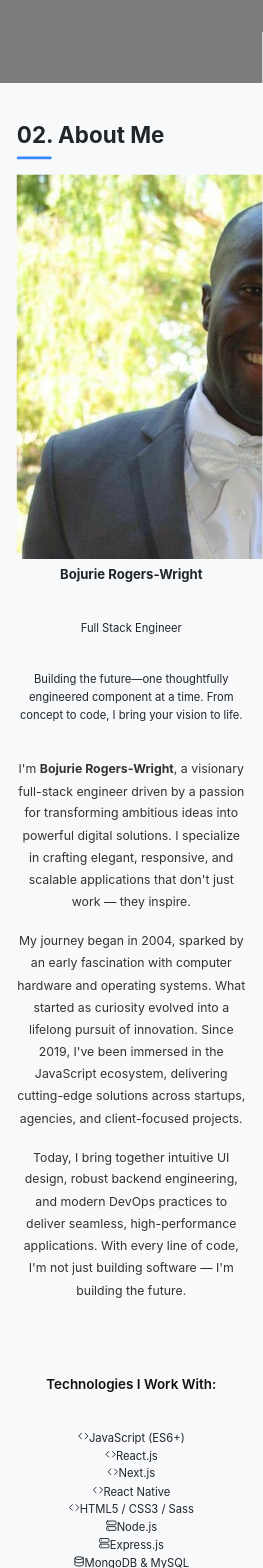
Repository: Bojurie/Portfolio_2022
Page: /
An editor plug-in stored every save of this project. The page is shown before and after the next save, followed by the edit.
The browser window is 375 px wide. The pictures show the part of the page from y = 681 to 2921 px (the page is 6934 px tall before and 6787 px after), at 70% of full size.
Pictures or frames that could not be fetched are drawn as grey boxes. The project was rebuilt for these pictures with package versions that can differ from the ones it lists, and the page was loaded fresh each time. Also part of the build but not shown: src/component/pages/Resume.css, src/component/pages/Resume.js. Imported but missing from the stored project, and not drawn on this page: src/component/Resume.pdf, src/component/images/video.mp4, src/component/videos/Screen Recording 2022-04-01 at 8.22.57 PM.mov, src/component/videos/Screen Recording 2022-04-01 at 8.23.25 PM.mov, src/component/videos/Screen Recording 2022-04-01 at 8.25.20 PM.mov, src/component/videos/Screen Recording 2022-04-01 at 8.27.28 PM.mov, src/component/videos/Screen Recording 2022-04-01 at 8.28.35 PM.mov, src/component/videos/Screen Recording 2022-04-01 at 8.30.37 PM.mov and 3 more.

Above is the page before, as saved 2025-04-22 00:31:23.

### public/index.html
<!DOCTYPE html>
<html lang="en">
  <head>
    <meta charset="utf-8" />
    <link rel="icon" href="%PUBLIC_URL%/favicon.ico" />
    <meta name="viewport" content="width=device-width, initial-scale=1" />
    <meta name="theme-color" content="#000000" />
    <meta
      name="description"
      content="Web site created using create-react-app"
    />
    <link rel="apple-touch-icon" href="%PUBLIC_URL%/logo192.png" />


    <link rel="manifest" href="%PUBLIC_URL%/manifest.json" />
    <!--
      Notice the use of %PUBLIC_URL% in the tags above.
      It will be replaced with the URL of the `public` folder during the build.
      Only files inside the `public` folder can be referenced from the HTML.

      Unlike "/favicon.ico" or "favicon.ico", "%PUBLIC_URL%/favicon.ico" will
      work correctly both with client-side routing and a non-root public URL.
      Learn how to configure a non-root public URL by running `npm run build`.
    -->
    <title>Bojurie Rogers-Wright | | Tech</title>
     <link rel="shortcut icon" href="%PUBLIC_URL%/favicon.ico">
    <link rel="apple-touch-icon" sizes="180x180" href="/apple-touch-icon.png">
    <link rel="icon" type="image/png" sizes="32x32" href="/favicon-32x32.png">
    <link rel="icon" type="image/png" sizes="16x16" href="/favicon-16x16.png">
    <link rel="manifest" href="/site.webmanifest">


    <link rel="preconnect" href="https://fonts.googleapis.com">
    <link rel="preconnect" href="https://fonts.gstatic.com" crossorigin>
    <link href="https://fonts.googleapis.com/css2?family=Montserrat:ital,wght@0,100;0,200;0,300;0,400;0,500;0,600;0,700;0,800;0,900;1,100;1,200;1,300;1,400;1,500;1,600;1,700;1,800;1,900&family=Roboto:ital,wght@0,300;0,400;0,500;0,700;1,300&display=swap" rel="stylesheet">
  </head>
  <body>
    <noscript>You need to enable JavaScript to run this app.</noscript>
    <div id="root"></div>

   <script>

   </script>
  </body>
</html>

### src/index.js
import React from 'react';
import ReactDOM from 'react-dom';
import App from './App'

ReactDOM.render(
  <React.StrictMode>
      <App />
  </React.StrictMode>,
  document.getElementById("root"))

### src/App.js
import React from "react";
import { BrowserRouter as Router, Routes, Route } from "react-router-dom";
import { AnimatePresence, motion } from "framer-motion";
import { FiGithub, FiLinkedin, FiTwitter, FiMail } from "react-icons/fi";

import Home from "./component/pages/Home";
import About from "./component/pages/About";
import Project from "./component/pages/Project";
import Contact from "./component/pages/Contact";
import Resume from "./component/pages/Resume";
import Header from "./component/Header";
import Footer from "./component/pages/Footer";
import "./App.css";

const pageTransition = {
  initial: { opacity: 0, y: 20 },
  animate: { opacity: 1, y: 0 },
  exit: { opacity: 0, y: -20 },
  transition: { duration: 0.5, ease: "easeInOut" },
};

const App = () => {
  return (
    <Router>
      <div className="app">
        <Header />
        <AnimatePresence mode="wait">
          <Routes location={location} key={location.pathname}>
            <Route
              path="/"
              element={
                <motion.div {...pageTransition}>
                  <Home />
                </motion.div>
              }
            />
            <Route
              path="/about"
              element={
                <motion.div {...pageTransition}>
                  <About />
                </motion.div>
              }
            />
            <Route
              path="/project"
              element={
                <motion.div {...pageTransition}>
                  <Project />
                </motion.div>
              }
            />
            <Route
              path="/contact"
              element={
                <motion.div {...pageTransition}>
                  <Contact />
                </motion.div>
              }
            />
            <Route
              path="/resume"
              element={
                <motion.div {...pageTransition}>
                  <Resume />
                </motion.div>
              }
            />
          </Routes>
        </AnimatePresence>
        <Footer />
      </div>
    </Router>
  );
};

export default App;

### src/component/pages/Home.js
import React from "react";
import { motion } from "framer-motion";
import Hero from "../Hero";
import About from "./About";
import Project from "./Project";
import Contact from "./Contact";
import "./Home.css";

const containerVariants = {
  hidden: { opacity: 0 },
  visible: {
    opacity: 1,
    transition: {
      staggerChildren: 0.2,
      when: "beforeChildren",
    },
  },
};

const Home = () => {
  return (
    <motion.main
      className="home"
      variants={containerVariants}
      initial="hidden"
      animate="visible"
    >
      <Hero />
      <About />
      <Project />
      <Contact />
    </motion.main>
  );
};

export default Home;

### src/component/pages/Contact.js
import React, { useState, useRef } from "react";
import emailjs from "@emailjs/browser";
import Button from "../Button";
import "./Contact.css";

const Contact = () => {
  const form = useRef();
  const [submitted, setSubmitted] = useState(false);

  const sendEmail = (e) => {
    e.preventDefault();

    emailjs
      .sendForm(
        "service_sgy2c6a",
        "template_hlu2f0r",
        form.current,
        "user_ekwueKu8ixfoPD5a4qf2n"
      )
      .then(
        (result) => {
          console.log(result.text);
          setSubmitted(true);
        },
        (error) => {
          console.log(error.text);
        }
      );

    e.target.reset();
  };

  return (
    <section className="contact-section" id="contact">
      <div className="contact-container">
        <h2 className="contact-title">
          <span className="highlighted">4.</span> Contact
        </h2>

        <div className="contact-wrapper">
          <div className="contact-info">
            <h3>Let’s Talk</h3>
            <p>
              Have a question, collaboration idea, or just want to connect? Send
              me a message and I’ll get back to you as soon as I can.
            </p>
          </div>

          <form ref={form} onSubmit={sendEmail} className="contact-form">
            {submitted && (
              <p className="success-message">
                ✅ Message sent! Thanks for reaching out.
              </p>
            )}

            <div className="form-group">
              <label htmlFor="name">Your Name</label>
              <input type="text" name="name" id="name" required />
            </div>

            <div className="form-group">
              <label htmlFor="email">Email Address</label>
              <input type="email" name="email" id="email" required />
            </div>

            <div className="form-group">
              <label htmlFor="message">Your Message</label>
              <textarea
                name="message"
                id="message"
                rows="6"
                required
              ></textarea>
            </div>

            <Button type="submit">Send Message</Button>
          </form>
        </div>
      </div>
    </section>
  );
};

export default Contact;

### src/component/Header.js
import React from "react";
import Navbar from "./Navbar";
import "./Header.css";

const Header = () => {
  return (
    <header className="header">
      <Navbar />
    </header>
  );
};

export default Header;

### src/component/pages/Footer.js
import React from "react";
import SocialFollow from "../../SocialFollow";
import "./Footer.css";

const Footer = () => {
  const year = new Date().getFullYear();

  return (
    <footer className="footer">
      <div className="container">
        <div className="footer-wrapper">
          <SocialFollow />
          <p className="footer-copy">
            © {year} Bojurie Rogers-Wright. All Rights Reserved.
          </p>
        </div>
      </div>
    </footer>
  );
};

export default Footer;

### src/App.css
:root {
  --primary-color: #3a86ff;
  --secondary-color: #8338ec;
  --dark-color: #212529;
  --light-color: #f8f9fa;
  --success-color: #06d6a0;
  --danger-color: #ef476f;
  --warning-color: #ffd166;

  --font-main: 'Inter', -apple-system, BlinkMacSystemFont, sans-serif;
  --font-mono: 'Fira Code', monospace;

  --transition: all 0.3s ease-in-out;
  --shadow-sm: 0 1px 3px rgba(0,0,0,0.12), 0 1px 2px rgba(0,0,0,0.24);
  --shadow-md: 0 4px 6px rgba(0,0,0,0.1), 0 1px 3px rgba(0,0,0,0.08);
  --shadow-lg: 0 10px 25px rgba(0,0,0,0.1), 0 5px 10px rgba(0,0,0,0.05);
}

* {
  margin: 0;
  padding: 0;
  box-sizing: border-box;
}

html {
  scroll-behavior: smooth;
}

body {
  font-family: var(--font-main);
  line-height: 1.6;
  color: var(--dark-color);
  background-color: var(--light-color);
  overflow-x: hidden;
}

.app {
  display: flex;
  flex-direction: column;
  min-height: 100vh;
}

/* Utility Classes */
.container {
  width: 100%;
  max-width: 1200px;
  margin: 0 auto;
  padding: 0 1.5rem;
}

.section {
  padding: 5rem 0;
}

.section-title {
  font-size: 2.5rem;
  margin-bottom: 2rem;
  position: relative;
  display: inline-block;
}

.section-title::after {
  content: '';
  position: absolute;
  bottom: -10px;
  left: 0;
  width: 50px;
  height: 4px;
  background: var(--primary-color);
  border-radius: 2px;
}

.btn {
  display: inline-block;
  padding: 0.8rem 1.5rem;
  border-radius: 4px;
  font-weight: 600;
  text-decoration: none;
  transition: var(--transition);
  cursor: pointer;
  border: none;
}

.btn-primary {
  background: var(--primary-color);
  color: white;
}

.btn-primary:hover {
  background: #2a75e6;
  transform: translateY(-2px);
  box-shadow: var(--shadow-md);
}

.btn-outline {
  background: transparent;
  border: 2px solid var(--primary-color);
  color: var(--primary-color);
}

.btn-outline:hover {
  background: var(--primary-color);
  color: white;
  transform: translateY(-2px);
}

/* Responsive */
@media (max-width: 768px) {
  .section {
    padding: 3rem 0;
  }

  .section-title {
    font-size: 2rem;
  }
}

### src/component/Hero.js
import React from "react";
import { motion } from "framer-motion";
import "./Hero.css";
import backgroundVideo from "./images/video.mp4";
import Button from "./Button";

const textVariants = {
  hidden: { opacity: 0, y: 20 },
  visible: {
    opacity: 1,
    y: 0,
    transition: { duration: 0.8, ease: "easeOut" },
  },
};

const Hero = () => {
  return (
    <section className="hero">
      <div className="hero-video-container">
        <video autoPlay loop muted playsInline className="hero-video">
          <source src={backgroundVideo} type="video/mp4" />
          Your browser does not support the video tag.
        </video>
        <div className="hero-overlay" />
      </div>

      <motion.div
        className="hero-content"
        initial="hidden"
        animate="visible"
        variants={textVariants}
      >
        <motion.h3 className="hero-subtitle" transition={{ delay: 0.2 }}>
          Welcome to
        </motion.h3>
        <motion.h1 className="hero-title" transition={{ delay: 0.4 }}>
          B-Wright Codes
        </motion.h1>
        <motion.p className="hero-text" transition={{ delay: 0.6 }}>
          Empowering your ideas through beautifully engineered web and mobile
          applications — crafted with precision, purpose, and clean code.
        </motion.p>
        <motion.div transition={{ delay: 0.8 }}>
          <Button>View Code Work</Button>
        </motion.div>
      </motion.div>
    </section>
  );
};

export default Hero;

### src/component/pages/Home.css
.home {
  display: flex;
  flex-direction: column;
  overflow-x: hidden;
}

/* Ensures sections have proper spacing */
.home > section {
  scroll-margin-top: 100px;
}

### src/component/pages/About.css
.about-section {
  background-color: #f7f7f7;
  padding: 5rem 2rem;
}

.about-container {
  max-width: 1200px;
  margin: 0 auto;
}

.about-title {
  font-size: 2.5rem;
  font-weight: 700;
  margin-bottom: 3rem;
  text-align: left;
  color: #222;
}

.highlighted {
  color: #32b920;
  margin-right: 0.5rem;
}

.about-content {
  display: flex;
  align-items: flex-start;
  gap: 3rem;
  flex-wrap: wrap;
}

.about-image img {
  max-width: 300px;
  width: 100%;
  border-radius: 12px;
  object-fit: cover;
  box-shadow: 0 6px 20px rgba(0, 0, 0, 0.15);
}

.about-text {
  flex: 1;
  min-width: 280px;
}

.about-text p {
  font-size: 1.1rem;
  line-height: 1.8;
  margin-bottom: 1.5rem;
  color: #333;
}

.skills-heading {
  font-size: 1.2rem;
  margin-top: 2rem;
  font-weight: 600;
  color: #111;
}

.about-skills {
  display: flex;
  gap: 3rem;
  flex-wrap: wrap;
  margin-top: 1rem;
}

.about-skills ul {
  list-style-type: square;
  padding-left: 1.5rem;
}

.about-skills li {
  font-size: 1rem;
  margin-bottom: 0.5rem;
  color: #444;
}

/* Responsive */
@media screen and (max-width: 768px) {
  .about-content {
    flex-direction: column;
    align-items: center;
    text-align: center;
  }

  .about-title {
    text-align: center;
  }

  .about-skills {
    justify-content: center;
  }
}

### src/component/pages/Project.css
.project {
  padding: 100px 40px;
  background-color: #081b06;
  color: white;
  font-family: 'Segoe UI', Tahoma, Geneva, Verdana, sans-serif;
}

.container {
  max-width: 1440px;
  margin: 0 auto;
}

.project-heading {
  font-size: 2.5rem;
  text-align: center;
  margin-bottom: 2rem;
  text-transform: uppercase;
  letter-spacing: 2px;
  color: #32b920;
}

.highlighted {
  color: white;
  margin-right: 0.5rem;
}

.project-tabs {
  display: flex;
  justify-content: center;
  flex-wrap: wrap;
  gap: 12px;
  margin-bottom: 3rem;
}

.tab-button {
  background-color: transparent;
  border: 1px solid #32b920;
  color: white;
  padding: 8px 16px;
  border-radius: 20px;
  font-weight: 500;
  cursor: pointer;
  transition: all 0.3s ease;
}

.tab-button.active,
.tab-button:hover {
  background-color: #32b920;
  color: #081b06;
  font-weight: 600;
}

.project-grid {
  display: grid;
  grid-template-columns: repeat(auto-fit, minmax(320px, 1fr));
  gap: 2rem;
  padding: 0 20px;
}

.project-box {
  position: relative;
  width: 100%;
  aspect-ratio: 16 / 9;
  overflow: hidden;
  border-radius: 16px;
  background-color: #000;
  transition: transform 0.3s ease, box-shadow 0.3s ease;
  border: 1px solid rgba(255, 255, 255, 0.1);
  cursor: pointer;
}

.project-box:hover {
  transform: scale(1.03);
  box-shadow: 0 0 20px rgba(50, 185, 32, 0.3);
}

.project-video {
  width: 100%;
  height: 100%;
  object-fit: cover;
  display: block;
  border-radius: 16px;
  transition: filter 0.3s ease;
}

.project-box:hover .project-video {
  filter: brightness(1.05);
}

.project-label {
  position: absolute;
  bottom: 10px;
  left: 16px;
  background-color: rgba(0, 0, 0, 0.6);
  padding: 6px 12px;
  font-size: 1rem;
  font-weight: 500;
  color: #fff;
  border-radius: 8px;
  z-index: 2;
}

/* Tablet */
@media screen and (max-width: 992px) {
  .project-heading {
    font-size: 2rem;
  }

  .project-grid {
    gap: 1.5rem;
  }

  .tab-button {
    padding: 6px 12px;
    font-size: 0.9rem;
  }
}

/* Mobile */
@media screen and (max-width: 576px) {
  .project {
    padding: 60px 20px;
  }

  .project-heading {
    font-size: 1.6rem;
    margin-bottom: 2.5rem;
  }

  .project-grid {
    padding: 0;
  }

  .project-box {
    aspect-ratio: 4 / 3;
  }

  .project-label {
    font-size: 0.85rem;
    padding: 5px 10px;
  }

  .tab-button {
    font-size: 0.8rem;
    padding: 5px 10px;
  }
}

### src/component/Button.js
import React from 'react'
import './Button.css';

const Button = ({children,type, onClick}) => {
  return (
    <div className='button'>
        <button onClick={onClick} type={type}>
          {children}
        </button>
    </div>
  )
}

export default Button

### src/component/pages/Contact.css
.contact-section {
  background-color: #32b920;
  padding: 100px 20px;
  color: #fff;
}

.contact-container {
  max-width: 900px;
  margin: 0 auto;
}

.contact-title {
  font-size: 2.5rem;
  font-weight: 700;
  margin-bottom: 2rem;
  text-align: center;
}

.highlighted {
  color: #fff;
  margin-right: 0.5rem;
}

.contact-wrapper {
  display: flex;
  flex-direction: column;
  gap: 2rem;
  background: #fff;
  color: #000;
  padding: 2rem;
  border-radius: 12px;
  box-shadow: 0 6px 20px rgba(0, 0, 0, 0.15);
}

.contact-info h3 {
  font-size: 1.8rem;
  margin-bottom: 0.5rem;
}

.contact-info p {
  font-size: 1.1rem;
  line-height: 1.8;
}

.contact-form {
  display: flex;
  flex-direction: column;
  gap: 1.5rem;
}

.form-group {
  display: flex;
  flex-direction: column;
}

.form-group label {
  font-weight: 600;
  margin-bottom: 0.5rem;
}

.form-group input,
.form-group textarea {
  padding: 0.75rem 1rem;
  font-size: 1rem;
  border: 1px solid #ccc;
  border-radius: 6px;
  background-color: #f7f7f7;
  transition: border-color 0.3s ease;
}

.form-group input:focus,
.form-group textarea:focus {
  border-color: #32b920;
  outline: none;
  background-color: #fff;
}

.success-message {
  background-color: #eaffea;
  color: #2e7d32;
  padding: 1rem;
  border-left: 4px solid #2e7d32;
  border-radius: 6px;
  font-size: 1rem;
  font-weight: 500;
}

/* Responsive Styles */
@media screen and (max-width: 768px) {
  .contact-title {
    font-size: 2rem;
  }

  .contact-wrapper {
    padding: 1.5rem;
  }

  .contact-info h3 {
    font-size: 1.5rem;
  }
}

@media screen and (max-width: 480px) {
  .contact-wrapper {
    padding: 1rem;
  }

  .contact-title {
    font-size: 1.6rem;
  }

  .form-group input,
  .form-group textarea {
    font-size: 0.95rem;
  }
}

### src/component/Header.css
.header {
  width: 100%;
  position: sticky;
  top: 0;
  z-index: 1000;
}

### src/SocialFollow.js
import React from "react";
import { FontAwesomeIcon } from "@fortawesome/react-fontawesome";
import {
  faFacebook,
  faInstagram,
  faGithub,
  faLinkedinIn,
} from "@fortawesome/free-brands-svg-icons";
import "./SocialFollow.css";

const SocialFollow = () => {
  return (
    <div className="social-container">
      <h3>Connect with Me</h3>
      <a
        href="https://www.linkedin.com/in/bojurie-rogers-wright/"
        className="linkedin social"
        target="_blank"
        rel="noopener noreferrer"
      >
        <FontAwesomeIcon icon={faLinkedinIn} size="2x" />
      </a>
      <a
        href="https://www.facebook.com/bojurie.rogers/"
        className="facebook social"
        target="_blank"
        rel="noopener noreferrer"
      >
        <FontAwesomeIcon icon={faFacebook} size="2x" />
      </a>
      <a
        href="https://www.instagram.com/bwrightcodes/"
        className="instagram social"
        target="_blank"
        rel="noopener noreferrer"
      >
        <FontAwesomeIcon icon={faInstagram} size="2x" />
      </a>
      <a
        href="https://github.com/Bojurie"
        className="github social"
        target="_blank"
        rel="noopener noreferrer"
      >
        <FontAwesomeIcon icon={faGithub} size="2x" />
      </a>
    </div>
  );
};

export default SocialFollow;

### src/component/pages/Footer.css
.footer {
  background-color: rgba(18, 51, 15, 0.95);
  padding: 40px 20px;
  text-align: center;
  color: white;
  position: relative;
}

.footer-wrapper {
  display: flex;
  flex-direction: column;
  align-items: center;
  gap: 20px;
}

.footer-copy {
  font-size: 0.95rem;
  color: #ccc;
  margin-top: 10px;
}

/* Optional subtle border at the top */
.footer::before {
  content: "";
  display: block;
  height: 2px;
  width: 60px;
  background-color: #32b920;
  margin: 0 auto 20px;
}

/* Responsive */
@media screen and (max-width: 768px) {
  .footer-wrapper {
    gap: 15px;
  }

  .footer-copy {
    font-size: 0.85rem;
  }
}

### src/component/Hero.css
.hero {
  position: relative;
  height: 100vh;
  min-height: 600px;
  display: flex;
  align-items: center;
  justify-content: center;
  color: white;
  overflow: hidden;
}

.hero-video-container {
  position: absolute;
  top: 0;
  left: 0;
  width: 100%;
  height: 100%;
  z-index: -1;
}

.hero-video {
  width: 100%;
  height: 100%;
  object-fit: cover;
}

.hero-overlay {
  position: absolute;
  top: 0;
  left: 0;
  width: 100%;
  height: 100%;
  background: rgba(0, 0, 0, 0.5);
}

.hero-content {
  max-width: 800px;
  padding: 2rem;
  text-align: center;
  z-index: 1;
}

.hero-subtitle {
  font-size: 1.5rem;
  margin-bottom: 1rem;
  font-weight: 400;
}

.hero-title {
  font-size: 4rem;
  margin-bottom: 1.5rem;
  line-height: 1.1;
}

.hero-text {
  font-size: 1.25rem;
  margin-bottom: 2.5rem;
  line-height: 1.6;
}

@media (max-width: 768px) {
  .hero-title {
    font-size: 3rem;
  }

  .hero-text {
    font-size: 1.1rem;
  }
}

### src/component/Button.css
button {
  padding: 15px 40px;
  font-size: 15px;
  border-radius: 10px;
  background-color: rgb(8, 27, 6);
  color: rgb(50, 185, 32);
  letter-spacing: 2px;
  text-transform: uppercase;
  border: 1px solid rgb(152, 207, 233);
}


@media screen and (max-width: 414px) {
  button {
    padding: 10px 20px;
    font-size: 13px;
  }
}

### src/component/Navbar.css
.nav {
  width: 100%;
  position: fixed;
  top: 0;
  left: 0;
  z-index: 1000;
  background: rgba(255, 255, 255, 0.95);
  backdrop-filter: blur(10px);
  box-shadow: var(--shadow-sm);
}

.navbar-container {
  display: flex;
  justify-content: space-between;
  align-items: center;
  padding: 1rem 2rem;
  max-width: 1200px;
  margin: 0 auto;
}

.logo-link {
  text-decoration: none;
  color: var(--dark-color);
  font-weight: 700;
  font-size: 1.5rem;
  display: flex;
  align-items: center;
  gap: 0.5rem;
}

.menu-toggle {
  display: none;
  background: none;
  border: none;
  font-size: 1.5rem;
  cursor: pointer;
  color: var(--dark-color);
  z-index: 1001;
}

.nav-links-desktop {
  display: flex;
  gap: 1.5rem;
  list-style: none;
}

.nav-links-desktop li {
  position: relative;
}

.nav-link {
  text-decoration: none;
  color: var(--dark-color);
  font-weight: 500;
  display: flex;
  align-items: center;
  gap: 0.5rem;
  padding: 0.5rem 0;
  position: relative;
  transition: var(--transition);
}

.nav-link:hover {
  color: var(--primary-color);
}

.nav-link::after {
  content: '';
  position: absolute;
  bottom: 0;
  left: 0;
  width: 0;
  height: 2px;
  background: var(--primary-color);
  transition: var(--transition);
}

.nav-link:hover::after {
  width: 100%;
}

.nav-icon {
  font-size: 1.1rem;
}

/* Mobile Menu */
.mobile-menu-backdrop {
  position: fixed;
  top: 0;
  left: 0;
  width: 100%;
  height: 100%;
  background: rgba(0, 0, 0, 0.5);
  z-index: 999;
}

.nav-links-mobile {
  position: fixed;
  top: 0;
  right: 0;
  width: 70%;
  max-width: 300px;
  height: 100%;
  background: white;
  list-style: none;
  padding: 5rem 2rem;
  display: flex;
  flex-direction: column;
  gap: 1.5rem;
  box-shadow: -5px 0 15px rgba(0, 0, 0, 0.1);
  z-index: 1000;
}

.mobile-nav-link {
  text-decoration: none;
  color: var(--dark-color);
  font-weight: 500;
  font-size: 1.2rem;
  display: flex;
  align-items: center;
  gap: 1rem;
  padding: 0.5rem 0;
  transition: var(--transition);
}

.mobile-nav-link:hover {
  color: var(--primary-color);
}

/* Responsive */
@media (max-width: 768px) {
  .menu-toggle {
    display: block;
  }

  .nav-links-desktop {
    display: none;
  }

  .navbar-container {
    padding: 1rem;
  }
}

### src/SocialFollow.css
.social-container {
  padding: 10px 0;
}

.social-container h3 {
  margin-bottom: 10px;
  font-size: 1.2rem;
  color: #32b920;
}

a.social {
  margin: 0 0.75rem;
  transition: transform 250ms ease, color 250ms ease;
  display: inline-block;
  color: #32b920;
}

a.social:hover {
  transform: translateY(-4px);
  color: white;
}

@media screen and (max-width: 414px) {
  .social-container h3 {
    font-size: 1rem;
  }

  a.social {
    margin: 0 0.5rem;
  }
}

Loaded but not shown: src/component/pages/About.js (114 lines, source omitted); src/component/pages/Project.js (107 lines, source omitted); src/component/Navbar.js (106 lines, source omitted)

After the next save:
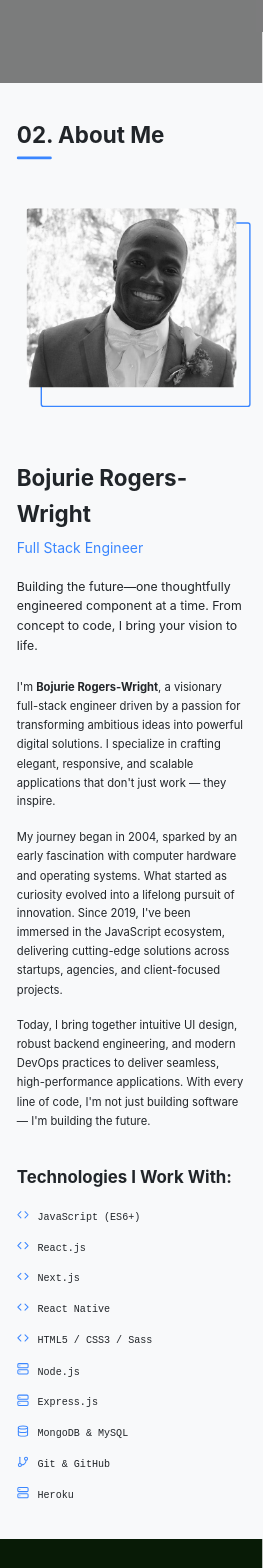
Saved 20 s later.
--- a/src/component/pages/About.css
+++ b/src/component/pages/About.css
@@ -1,91 +1,116 @@
-.about-section {
-  background-color: #f7f7f7;
-  padding: 5rem 2rem;
+.about-grid {
+  display: grid;
+  grid-template-columns: 1fr 2fr;
+  gap: 3rem;
+  margin-top: 3rem;
 }
 
-.about-container {
-  max-width: 1200px;
+.about-image-container {
+  position: relative;
+}
+
+.about-image-wrapper {
+  position: relative;
+  width: 100%;
+  max-width: 300px;
   margin: 0 auto;
 }
 
-.about-title {
-  font-size: 2.5rem;
-  font-weight: 700;
-  margin-bottom: 3rem;
-  text-align: left;
-  color: #222;
+.about-image {
+  width: 100%;
+  height: auto;
+  border-radius: 4px;
+  position: relative;
+  z-index: 1;
+  filter: grayscale(100%) contrast(1);
+  transition: var(--transition);
 }
 
-.highlighted {
-  color: #32b920;
-  margin-right: 0.5rem;
+.about-image-border {
+  position: absolute;
+  width: 100%;
+  height: 100%;
+  border: 2px solid var(--primary-color);
+  border-radius: 4px;
+  top: 20px;
+  left: 20px;
+  z-index: 0;
+  transition: var(--transition);
 }
 
-.about-content {
-  display: flex;
-  align-items: flex-start;
-  gap: 3rem;
-  flex-wrap: wrap;
+.about-image-container:hover .about-image {
+  filter: none;
 }
 
-.about-image img {
-  max-width: 300px;
-  width: 100%;
-  border-radius: 12px;
-  object-fit: cover;
-  box-shadow: 0 6px 20px rgba(0, 0, 0, 0.15);
+.about-image-container:hover .about-image-border {
+  top: 15px;
+  left: 15px;
+}
+
+.about-name {
+  font-size: 2rem;
+  margin-bottom: 0.5rem;
+  color: var(--dark-color);
+}
+
+.about-role {
+  font-size: 1.25rem;
+  color: var(--primary-color);
+  margin-bottom: 1.5rem;
+}
+
+.about-bio {
+  margin-bottom: 2rem;
+  font-size: 1.1rem;
 }
 
 .about-text {
-  flex: 1;
-  min-width: 280px;
+  margin-bottom: 3rem;
 }
 
 .about-text p {
-  font-size: 1.1rem;
-  line-height: 1.8;
   margin-bottom: 1.5rem;
-  color: #333;
+  line-height: 1.7;
 }
 
 .skills-heading {
-  font-size: 1.2rem;
-  margin-top: 2rem;
-  font-weight: 600;
-  color: #111;
+  font-size: 1.5rem;
+  margin-bottom: 1.5rem;
+  position: relative;
 }
 
-.about-skills {
-  display: flex;
-  gap: 3rem;
-  flex-wrap: wrap;
-  margin-top: 1rem;
+.skills-grid {
+  display: grid;
+  grid-template-columns: repeat(2, 1fr);
+  gap: 1rem;
 }
 
-.about-skills ul {
-  list-style-type: square;
-  padding-left: 1.5rem;
+.skill-item {
+  display: flex;
+  align-items: center;
+  gap: 0.75rem;
+  font-family: var(--font-mono);
+  font-size: 0.9rem;
+  color: var(--dark-color);
 }
 
-.about-skills li {
-  font-size: 1rem;
-  margin-bottom: 0.5rem;
-  color: #444;
+.skill-icon {
+  color: var(--primary-color);
+  font-size: 1.1rem;
 }
 
-/* Responsive */
-@media screen and (max-width: 768px) {
-  .about-content {
-    flex-direction: column;
-    align-items: center;
-    text-align: center;
+@media (max-width: 992px) {
+  .about-grid {
+    grid-template-columns: 1fr;
   }
 
-  .about-title {
-    text-align: center;
-  }
-
-  .about-skills {
-    justify-content: center;
+  .about-image-wrapper {
+    margin-bottom: 3rem;
   }
 }
+
+@media (max-width: 576px) {
+  .skills-grid {
+    grid-template-columns: 1fr;
+  }
+}
